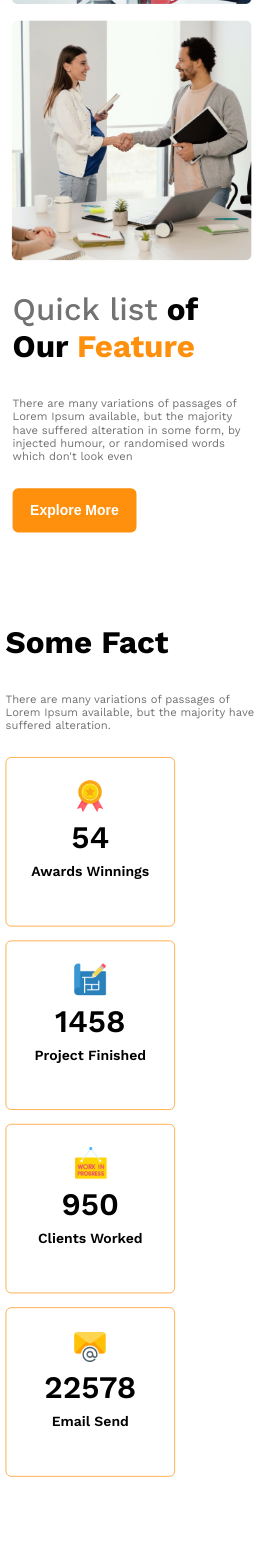
Repository: dollyrakhe22/g3-architects-website
Page: index.html
The author's editor kept a copy of each file at every save. The page is drawn from the files as they stood at one save, then again after the next save.
The browser window is 375 px wide. The page is 386 px wide, so the pictures cover 386 px, including what lies to the right of the window. The pictures show the part of the page from y = 2331 to 4571 px (the page is 4571 px tall), at 70% of full size.

Above is the page before, as saved 2025-07-22 09:46:39.

### index.html
<!DOCTYPE html>
<html lang="en">
<head>
    <meta charset="UTF-8">
    <meta name="viewport" content="width=device-width, initial-scale=1.0">
    <title>Architects Website</title>
    <link rel="stylesheet" href="style.css">
</head>
<body class="work-sans-font">
   <header>
     <header class="bg-light">
           <nav class="navbar  display-flex">
             <h3 class="brand">G3 Architects</h3>
             <ul class="nav-links display-flex">
              <li class="nav-item"><a href="" class="nav-link text-gray ">Home</a></li>
              <li class="nav-item"><a href="" class="nav-link text-gray ">About</a></li>
              <li class="nav-item"><a href="" class="nav-link text-gray ">Contact Us</a></li>
              <li class="nav-item"><a href="" class="nav-link text-gray ">Login</a></li>
             </ul>
           </nav>
           <div class="banner">
          <div class="banner-content">
              <h1 class="banner-title">Brand New Group of Architects </h1>
              <p class="banner-description">There are many variations of passages of Lorem Ipsum available, but the majority have suffered alteration in some form, by injected humour,
              or randomised words which don't look even</p>
            <button class="btn-primary">Explore More</button>
          </div>
            <img class="banner-img" src="images/banner.png" alt="" srcset="">
           </div>
    </header>

   <main>
    <section class="teams display-flex">
      <div class="team-img-container">
      <img src="images/team1.png" alt="" srcset="">
      <img src="images/team2.png" alt="" srcset="">
      <img src="images/team3.png" alt="" srcset="">
      <img src="images/team4.png" alt="" srcset="">
      </div>
      <div class="our-features">
          <h3 class="section-title"><span id="quick-list" class="text-light-gray">Quick list</span> of Our <span class="text-primary">Feature</span></h3>
           <p class="feature-description  text-light-gray">There are many variations of passages of Lorem Ipsum available, but the majority have suffered alteration in some form, by injected humour,
             or randomised words which don't look even</p>
             <button class="btn-primary">Explore More</button>
      </div>
    </section>
    <!--feature will enjoy-->
      <section>
        <h3 class="section-title">Some Fact</h3>
        <p class="text-light-gray fact-description">There are many variations of passages of Lorem Ipsum available,
           but the majority have suffered alteration.</p>
           <div class="fact-container">
              <!--.fact*4>img.fact-icon+h4.fact-number+h5.fact-name-->
              <div class="fact-card display-flex">
               <div>
                 <img src="images/icons/ribon.png" alt="" class="fact-icon">
                <h4 class="fact-number">54</h4>
                <h5 class="fact-name">Awards Winnings</h5>
               </div>
              </div>
              <div class="fact-card display-flex">
               <div>
                 <img src="images/icons/projects.png" alt="" class="fact-icon">
                <h4 class="fact-number">1458</h4>
                <h5 class="fact-name">Project Finished</h5>
               </div>
              </div>
              <div class="fact-card display-flex">
              <div>
                <img src="images/icons/customers.png" alt="" class="fact-icon">
                <h4 class="fact-number">950</h4>
                <h5 class="fact-name">Clients Worked </h5>
              </div>
              </div>
              <div class="fact-card display-flex">
               <div>
                 <img src="images/icons/email.png" alt="" class="fact-icon">
                <h4 class="fact-number">22578</h4>
                <h5 class="fact-name">Email Send</h5>
               </div>
              </div>
           </div>

      </section>
      <!--Some fact-->
      <section class="some-fact">

      </section>
   </main>
    <footer>

    </footer>
</body>
</html>

### style.css
@import url('https://fonts.googleapis.com/css2?family=Work+Sans:ital,wght@0,100..900;1,100..900&display=swap');

.work-sans-font {
  font-family: "Work Sans", sans-serif;
  font-optical-sizing: auto;
  font-weight: 400px;
  font-style: normal;
}
/*shared styles*/
.display-flex{
  display: flex;
}
/*dark 02*/
.text-gray{
  color: #424242;
}
/*dark 03*/
.text-light-gray{
  color:#727272;
}
.text-primary{
  color:#FF900E;
}
.navbar{
  justify-content: space-between;
  align-items: center;
}
.bg-light{
  background-color: rgba(255, 144, 14, 0.1);
}
.brand{
  font-weight: 700;
  font-size: 3rem;
}
.section-title{
  font-size: 2.8rem;
  font-weight: 700;
}
/*header styles*/
/*main*/
main{
  max-width: 1200px;
  margin: 0 auto;
}
main> section{
  margin-top: 130px;
}
/*navbar related styles*/
.navbar{
  display: flex;
}
.nav-item{
  list-style: none;
  margin-right: 30px;
}
.nav-link{
  text-decoration: none;
  font-size: 500;
}
.navbar,.banner {
  max-width: 1200px;
  margin: 0 auto;

}


/*banner related styles*/
.banner-content{
  max-width: 800px;
  margin: 0 auto;
  text-align: center;
  margin-bottom: 20px;

}
.banner{
  padding: 50px;

}
.banner-img{
  width: 100%;
}
.banner-title{
  font-weight: 700;
  font-size: 4rem;
}
.banner-description{
  font-size: 13px;


}
.btn-primary{
  background-color: #FF900E;
  color: white;
  padding: 20px 25px;
  font-size: 1.25rem;
  font-weight: 600;
  border:none;
  border-radius: 8px;
  margin-top: 20px;
  margin-top: 20px;

}
/*team work and features style*/
.teams{
  align-items: center;
}
.team-img-container{
   display: grid;
  grid-template-columns: repeat(2, 1fr);
  gap: 24px;
}
.our-features{
  margin-left: 130px;
  max-width: 530px;
}

#quick-list{
  font-weight: 500;
}
.feature{
  color:#FF900E;
}
/*Some fact */
.fact-container{
  display: grid;
  grid-template-columns: repeat(4,1fr);
}
.fact-card{
   border: 1px solid #FF900E;
   width: 240px;
   height: 240px;
   border-radius: 8px;
   text-align: center;
   align-items: center;
   justify-content: center;
}
.fact-number{
  font-size: 2.8rem;
  font-weight: 600;
  margin-top: 5px;
  margin-bottom: 10px;
}
.fact-name{
  font-size: 1.25rem;
  font-weight: 600;
  margin-top: 10px;
}
.fact-description{
  max-width: 540px;
}



/*responsive media query*/
@media screen and (max-width: 576px){
  .navbar, .nav-link, .teams{
    flex-direction: column;
  }
.team-img-container, .fact-container{
  grid-template-columns: repeat(1, 1fr);

}
.our-features{
  margin-left: 10px;
}
.fact-card{
  margin-top: 20px;
}
.fact-container{
 justify-content: center;
}

}


/*medium device*/
@media  screen and (min-width:576px) and (max-width:992px){
  .teams{
    flex-direction: column;
  }
  .our-features{
    margin: 50px auto;
  }
}

After the next save:
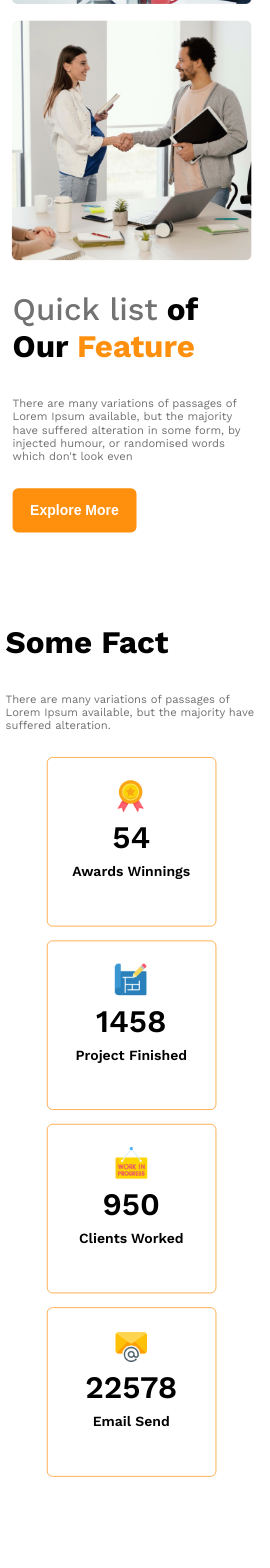
Saved 5 min 25 s later.
--- a/index.html
+++ b/index.html
@@ -49,6 +49,7 @@
         <h3 class="section-title">Some Fact</h3>
         <p class="text-light-gray fact-description">There are many variations of passages of Lorem Ipsum available,
            but the majority have suffered alteration.</p>
+
            <div class="fact-container">
               <!--.fact*4>img.fact-icon+h4.fact-number+h5.fact-name-->
               <div class="fact-card display-flex">
--- a/style.css
+++ b/style.css
@@ -167,7 +167,7 @@ main> section{
   margin-top: 20px;
 }
 .fact-container{
- justify-content: center;
+justify-items: center;
 }
 
 }
